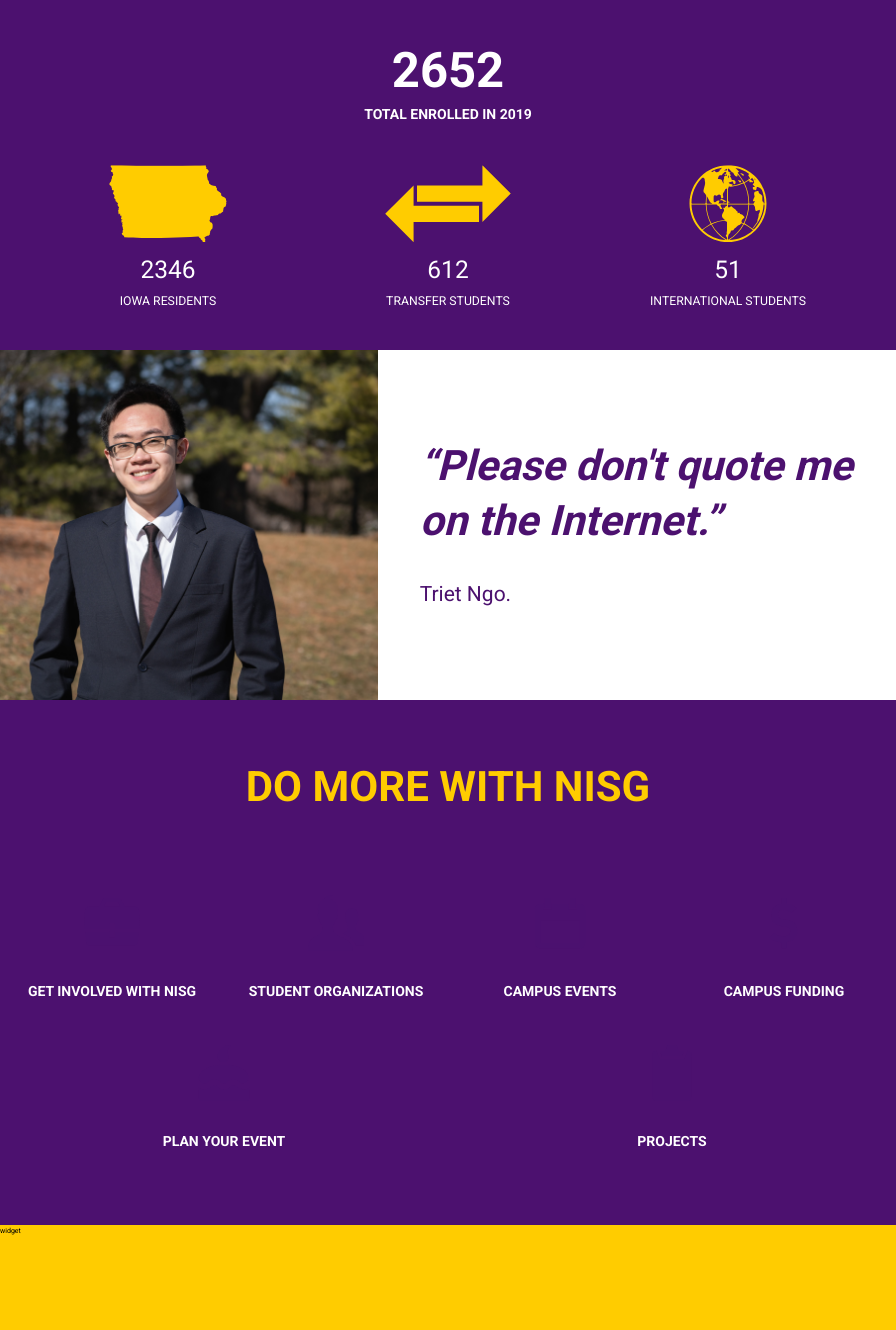
Repository: trietngo/nisg
Page: index.html
The author's editor kept a copy of each file at every save. The page is drawn from the files as they stood at one save, then again after a run of saves.
The browser window is 1280 px wide. The pictures show the part of the page from y = 720 to 2620 px (the page is 3270 px tall), at 70% of full size.
Some web fonts or font styles are not loaded; a fallback is used. The style sheet was rebuilt from its Sass, Less or Tailwind sources for each picture, by a compiler version that may differ from the author's.

Above is the page before, as saved 2020-08-29 15:19:17.

### index.html
<!DOCTYPE html>
<html lang="en">
    <head>
        <meta charset="UTF-8">
        <meta name="viewport" content="width=device-width, initial-scale=1.0">

        <link href="https://fonts.googleapis.com/css2?family=Roboto:wght@100;300;400;500;700;900&display=swap" rel="stylesheet">
        <link href="https://fonts.googleapis.com/css2?family=Sedgwick+Ave&display=swap" rel="stylesheet">
        <link href="https://fonts.googleapis.com/css2?family=Sriracha&display=swap" rel="stylesheet">

        <link rel="stylesheet" href="css/style.css">

        <title>Proposed NISG Website</title>
    </head>

    <body>

        <header class="header">
            <div class="header__upper">
                <div class="header__container--left">
                    <img class="header__logo" src="img/New NISG Logo - White-01.png" alt="NISG Logo">
                    <div class="header__title">Northern Iowa Student Government</div>
                </div>

                <div class="header__container--right">
                    <a href="https://uni.edu" class="header__external">VISIT UNI WEBSITE</a>

                    <input type="text" name="" class="header__searchbar" id="" placeholder="Search NISG">
                    <ul class="header__nav">
                        <li><a class="header__link" href="#">News</a></li>
                        <li><a class="header__link" href="#">Resources</a></li>
                        <li><a class="header__link" href="#">Services</a></li>
                        <li><a class="header__link" href="#">Applications</a></li>
                        <li><a class="header__link" href="#">Student Organizations</a></li>
                        <li><a class="header__link" href="#">About</a></li>
                        <li><a class="header__link btn header__contact" href="#">Contact Us</a></li>
                    </ul>
                </div>
            </div>

            <div class="header__lower">

                <video class="header__video" autoplay muted loop>
                    <source src="img/Website.mp4" type="video/mp4">
                </video>

                <div class="header__overlay">
                    <p class="header__overlay--title">BY UNI STUDENTS.<br>FOR UNI STUDENTS.</p>
                    <p class="header__overlay--subtitle">Serving UNI students is NISG's top priority.</p>
                    <a href="#" class="header__overlay--about btn">About NISG</a>
                </div>

            </div>

        </header>

        <main>

            <section id="enroll">
                <div class="enrollment">
                    <div class="enrollment__total">
                        <div class="enrollment__total--title counter" title="10497">
                            0
                        </div>

                        <div class="enrollment__total--subtitle">TOTAL ENROLLED IN 2019</div>

                    </div>

                    <div class="enrollment__breakdown">
                        <div class="enrollment__category">
                            <img class="enrollment__category--icon" src="img/iowa-icon.svg" alt="Iowa icon">
                            <p class="enrollment__category--title counter" title="9394">0</p>
                            <p class="enrollment__category--subtitle">IOWA RESIDENTS</p>
                        </div>
                        <div class="enrollment__category">
                            <img class="enrollment__category--icon" src="img/transfer-icon.svg" alt="Transfer icon">
                            <p class="enrollment__category--title counter" title="2568">0</p>
                            <p class="enrollment__category--subtitle">TRANSFER STUDENTS</p>
                        </div>
                        <div class="enrollment__category">
                            <img class="enrollment__category--icon" src="img/globe-icon.svg" alt="Globe icon">
                            <p class="enrollment__category--title counter" title="385">0</p>
                            <p class="enrollment__category--subtitle">INTERNATIONAL STUDENTS</p>
                        </div>
                    </div>
                </div>
            </section>

            <section id="quotes">
                <div class="testimonials">

                    <img class="testimonials__img" src="img/Triet.jpg" alt="">

                    <div class="testimonials__quote">
                        <p class="quote">&ldquo;Please don't quote me on the Internet.&rdquo;</p>

                        <p class="subquote">Triet Ngo.</p>
                    </div>

                </div>
            </section>

            <section id="services">
                <div class="selection">

                    <div class="selection__title">
                        DO MORE WITH NISG
                    </div>

                    <div class="selection__wrapper">
                        <a href="#" class="selection__link">
                            <div class="selection__items">
                                <img class="selection__icon" src="img/SVG/briefcase.svg" alt="holding-hands">
                                <p class="selection__details">GET INVOLVED WITH NISG</p>
                            </div>
                        </a>

                        <a href="#" class="selection__link">
                            <div class="selection__items">
                                <img class="selection__icon" src="img/SVG/users.svg" alt="holding-hands">
                                <p class="selection__details">STUDENT ORGANIZATIONS</p>
                            </div>
                        </a>

                        <a href="#" class="selection__link">
                            <div class="selection__items">
                                <img class="selection__icon" src="img/SVG/calendar.svg" alt="holding-hands">
                                <p class="selection__details">CAMPUS EVENTS</p>
                            </div>
                        </a>

                        <a href="#" class="selection__link">
                            <div class="selection__items">
                                <img class="selection__icon" src="img/SVG/credit.svg" alt="holding-hands">
                                <p class="selection__details">CAMPUS FUNDING</p>
                            </div>
                        </a>

                        <a href="#" class="selection__link">
                            <div class="selection__items">
                                <img class="selection__icon" src="img/SVG/cake.svg" alt="holding-hands">
                                <p class="selection__details">PLAN YOUR EVENT</p>
                            </div>
                        </a>

                        <a href="#" class="selection__link">
                            <div class="selection__items">
                                <img class="selection__icon" src="img/SVG/clipboard.svg" alt="holding-hands">
                                <p class="selection__details">PROJECTS</p>
                            </div>
                        </a>
                    </div>
                </div>
            </section>

            <section id="news">
                <div class="widget">
                    widget
                </div>
            </section>

        </main>

        <footer class="footer">
            footer
        </footer>

        <script src="script.js"></script>
    </body>
</html>

### script.js
const counters = document.querySelectorAll(".counter"); // Select all elements with "counter" class
const speed = 200;

counters.forEach(counter => {

    const updateCount = () => {
        const target = +counter.getAttribute('title'); // Total
        let count = +counter.innerText; // Current count

        const inc = Math.floor(target / speed); //increment

        if (count < target) {
            if (counter.innerText.length > 3) {
                counter.innerText = counter.innerText.substr(0, counter.innerText.length - 3) + ',' + counter.innerText.substr(counter.innerText.length - 3, 3);
            }
            counter.innerText = count + inc;
            setTimeout(updateCount, 100);
        } else {
            counter.innerText = target;
        }

    }
    updateCount();
});

### sass/main.scss
@import "abstract/variables";

@import "base/base";
@import "base/typography";

@import "components/button";

@import "layout/enrollment";
@import "layout/footer";
@import "layout/header";
@import "layout/news";
@import "layout/services";
@import "layout/testimonials";

### sass/abstract/_variables.scss
// COLORS

$color-primary: #4c116f;
$color-secondary: #ffcc00;
$color-tertiary: #ffffff;

### sass/base/_typography.scss
body {
    font-family: 'Roboto', sans-serif;
    font-weight: 400;
    line-height: 1.7;
}

.header__searchbar {
    font-family: 'Roboto', sans-serif;
    font-weight: 400;
    font-size: 1.5rem;
}

.header__overlay {

    &--title {
        font-family: 'Roboto', sans-serif;
        font-weight: 700;
        font-size: 6rem;
        line-height: 1.2;
    }

    &--subtitle {
        font-size: 1.75rem;
    }

    &--about {
        font-size: 2.5rem;
        font-weight: 700;
    }
}

### sass/components/_button.scss
.btn {
    color: $color-secondary !important;
    border: .2rem solid $color-secondary;
    border-radius: 1.5rem;
    padding: 1rem 2rem !important;
    transition: all .3s;
    text-decoration: none;

    &:hover {
        color: $color-primary !important;
        border-color: none;
        background-color: $color-secondary;
        transition: all .3s;
    }
}

### sass/layout/_enrollment.scss
.enrollment {
    background-color: $color-primary;
    height: 50rem;
    display: flex;
    flex-direction: column;
    align-items: center;
    justify-content: space-evenly;
    color: $color-tertiary;
    position: relative;

    @media screen and (max-width: 702px) {
        height: 70rem;
    }

    @media screen and (max-width: 515px) {
        height: 100rem;
    }

    &__total {
        text-align: center;
        font-weight: 700;

        &--title {
            font-size: 7rem;
            line-height: 1.3;
        }

        &--subtitle {
            font-size: 2rem;
        }

    }

    &__breakdown {
        display: flex;
        flex-wrap: wrap;
        align-items: flex-end;

        @media screen and (max-width: 515px) {
            flex-direction: column;
        }
    }

    &__category {
        flex: 1;
        display: flex;
        flex-direction: column;
        width: 40rem;

        @media screen and (max-width: 515px) {
            padding: 2rem;
        }

        &--icon {
            height: 12rem;
            padding-bottom: 1rem;
        }

        &--title {
            font-size: 3.5rem;
            text-align: center;
        }

        &--subtitle {
            font-size: 1.75rem;
            text-align: center;
            white-space: nowrap;
        }
    }
}

### sass/layout/_footer.scss
.footer {
    height: 30rem;
    background-color: $color-tertiary;
}

### sass/layout/_header.scss
.header {

    display: flex;
    flex-direction: column;
    height: 100vh;

    &__container--left {
        flex: 1;
        padding: 3rem 7rem;
    }

    &__container--right {
        flex: 3;
        display: flex;
        flex-direction: column;
        align-items: flex-end;
        justify-content: space-between;
        padding-bottom: 3rem;
    }

    &__upper {
        background-color: $color-primary;
        flex: 0 1 22.5rem;
        display: flex;
        flex-wrap: wrap;
    }

    &__logo {
        height: 15rem;
    }

    &__title {
        font-size: 2rem;
        font-weight: 700;
        color: $color-tertiary;
        white-space: nowrap;
    }

    &__link {
        text-decoration: none;
        font-size: 2rem;
        font-weight: 700;
        color: $color-tertiary;
        padding: 0 3.5rem;
        transition: all .3s;
        white-space: nowrap;

        &:hover {
            color: $color-secondary;
            transition: all .3s;
        }
    }

    &__nav {
        list-style-type: none;
        display: flex;
        padding-right: 6rem;
        align-content: center;
        flex-wrap: wrap;
    }


    &__external {
        display: inline;
        background-color: $color-secondary;
        padding: 2rem 5rem;
        clip-path: polygon(0 0, 100% 0, 100% 100%, 15% 100%);
        text-decoration: none;
        font-size: 2rem;
        font-weight: 700;
    }

    &__video {
        width: 100%;
        height: 100%;
        object-fit: cover;
        opacity: 0.5;
        overflow: hidden;
        position: absolute;
    }

    &__searchbar {
        border: none;
        padding: 1rem;
        padding-right: 2rem;
        padding-left: 6rem;
        text-align: right;
        border-radius: 2rem;
        margin-right: 6rem;

        &:focus {
            outline: none;
        }
    }

    &__contact {
        margin-left: 2.5rem;
    }

    //OVERLAY

    &__lower {
        background-color: $color-primary;
        flex: 1 0 40rem;
        position: relative;
    }

    &__overlay {
        height: 100%;
        width: 100%;
        display: flex;
        flex-direction: column;
        align-items: center;
        justify-content: center;
        color: $color-secondary;

        position: absolute;

        &--title {
            margin: 2rem;
            text-align: center;
        }

        &--about {
            display: inline-block;
            margin: 4rem;
        }
    }
}

### sass/layout/_news.scss
.widget {
    height: 50rem;
    background-color: $color-secondary;
}

### sass/layout/_services.scss
.selection {
    height: 50rem;
    background-color: $color-primary;
    display: flex;
    flex-direction: column;
    justify-content: space-evenly;
    align-items: center;

    @media screen and (max-width: 1816px) {
        height: 75rem;
    }

    @media screen and (max-width: 916px) {
        height: 100rem;
    }

    @media screen and (max-width: 616px) {
        height: 175rem;
    }

    &__title {
        color: $color-secondary;
        font-size: 6rem;
        font-weight: 700;
        text-align: center;
    }

    &__wrapper {
        display: flex;
        justify-items: flex-start;
        flex-wrap: wrap;
    }

    &__items {
        display: flex;
        flex-direction: column;
        width: 30rem;
        flex: 1;
        margin: 3rem 0;

    }

    &__icon {
        height: 8rem;
        margin-bottom: 4rem;
    }

    &__link {
        text-decoration: none;
        color: $color-tertiary;
        font-size: 2rem;
        font-weight: 700;
        display: flex;
        flex: 1;
        transition: all .3s;

        &:hover {
            transform: scale(1.2);
            transition: all .3s;
        }

        &:active {
            transform: scale(1.1);
        }
    }

    &__details {
        text-align: center;
    }
}

### sass/layout/_testimonials.scss
.testimonials {
    height: 50rem;
    background-color: $color-tertiary;
    display: flex;
    flex-wrap: wrap;

    @media screen and (max-width: 702px) {
        flex-direction: column;
        height: 80rem;
    }

    &__img {
        flex: 1;
        height: 100%;
        object-fit: cover;
        overflow: hidden;

        @media screen and (max-width: 702px) {
            width: 100%;
            flex: 2;
        }
    }

    &__quote {
        flex: 1.15;
        padding: 6rem;
        color: $color-primary;
        display: flex;
        flex-direction: column;
        justify-content: center;

        @media screen and (max-width: 702px) {
            flex: 1;
        }
    }

}

.quote {
    font-size: 6rem;
    font-weight: 700;
    font-style: italic;
    line-height: 1.3;
    margin: 2rem 0;
}

.subquote {
    font-size: 3rem;
    margin: 2rem 0;
}

Loaded but not shown: sass/base/_base.scss (common file)

After the next 3 saves:
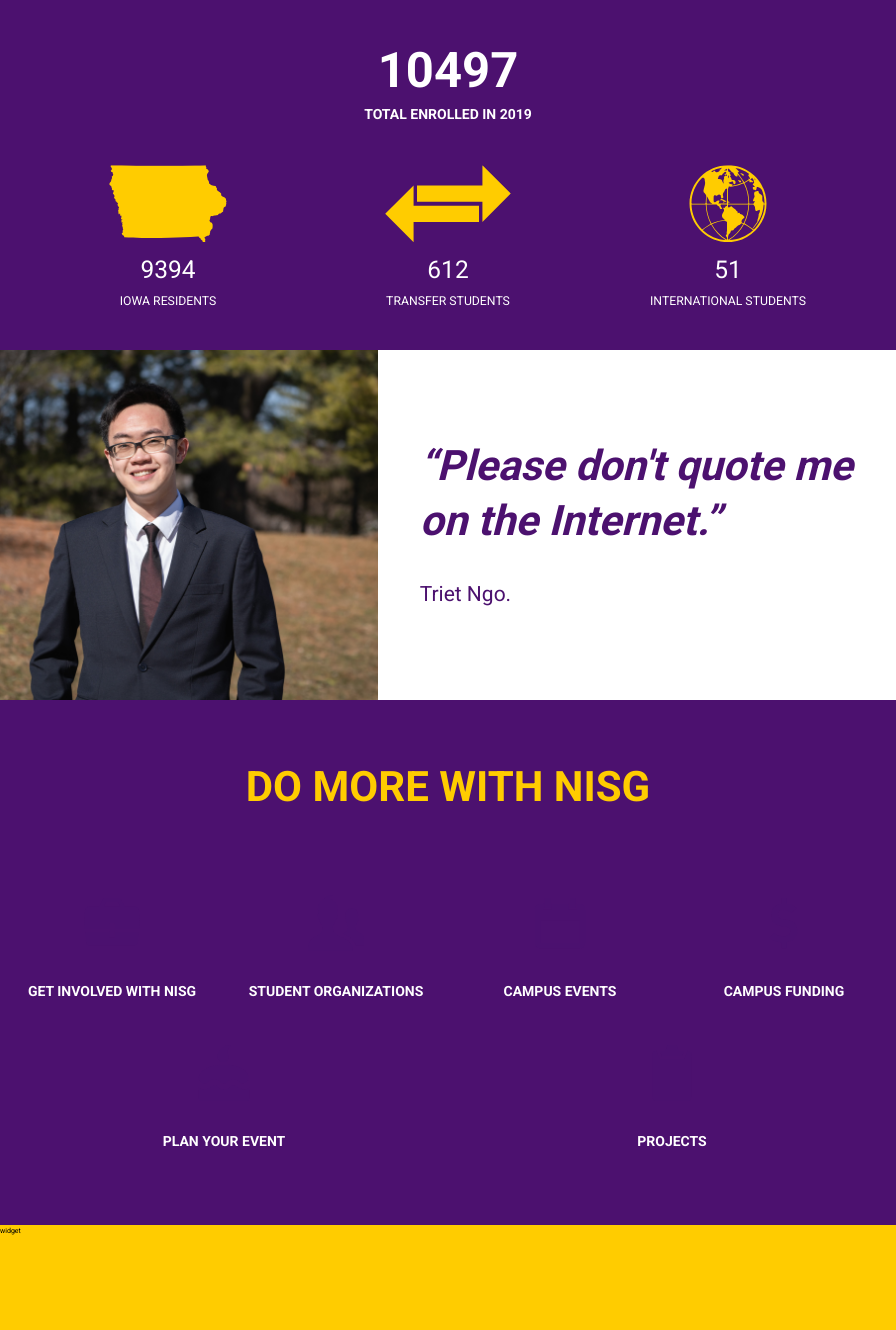
The 3 saves are shown as one change because they came seconds apart.
The last was saved 13 s later.
--- a/script.js
+++ b/script.js
@@ -10,10 +10,10 @@
         const inc = Math.floor(target / speed); //increment
 
         if (count < target) {
+            counter.innerText = count + inc;
             if (counter.innerText.length > 3) {
                 counter.innerText = counter.innerText.substr(0, counter.innerText.length - 3) + ',' + counter.innerText.substr(counter.innerText.length - 3, 3);
             }
-            counter.innerText = count + inc;
             setTimeout(updateCount, 100);
         } else {
             counter.innerText = target;

After the 2 saves that followed:
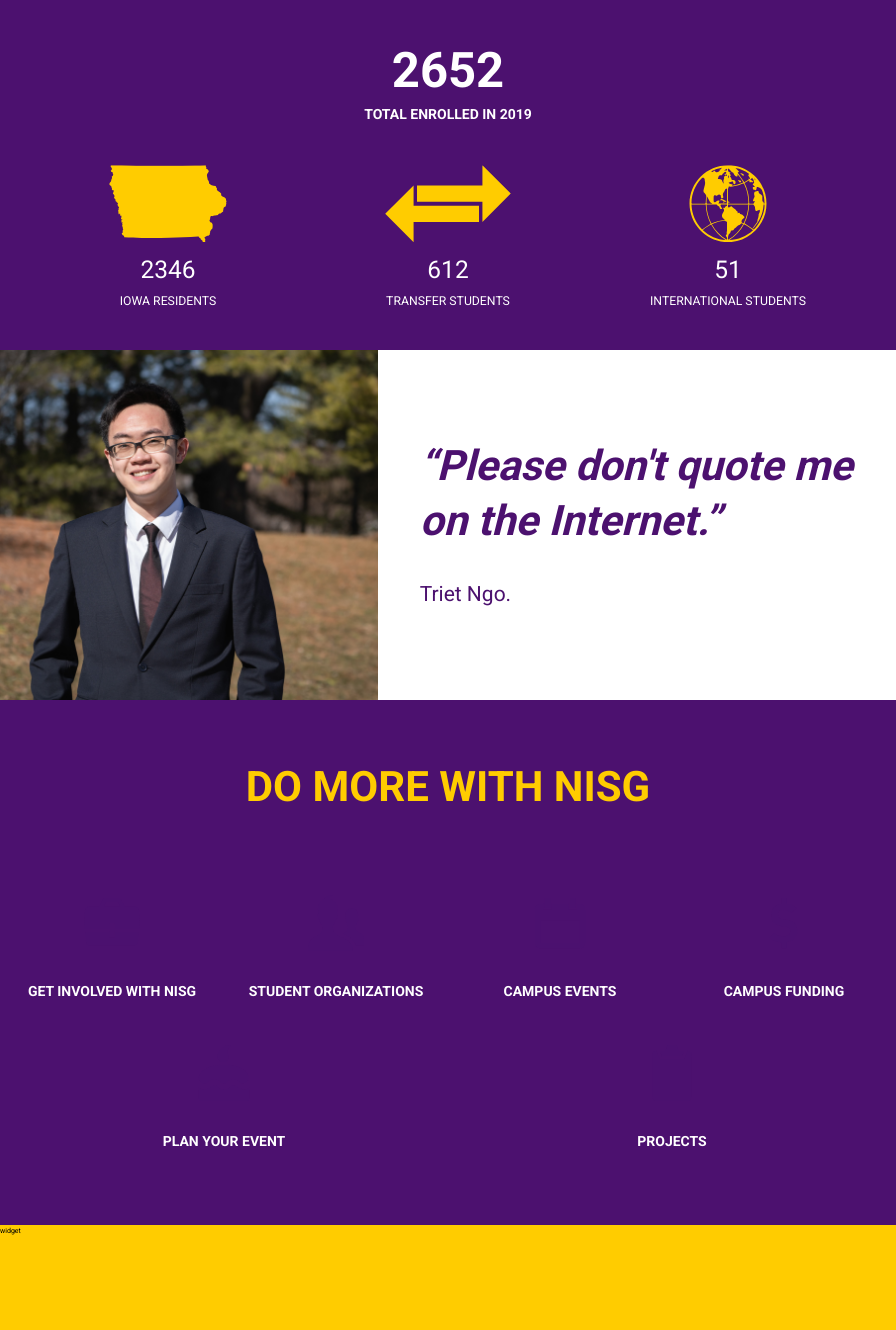
The 2 saves are shown as one change because they came seconds apart.
The last was saved 8 s later.
--- a/script.js
+++ b/script.js
@@ -11,9 +11,6 @@
 
         if (count < target) {
             counter.innerText = count + inc;
-            if (counter.innerText.length > 3) {
-                counter.innerText = counter.innerText.substr(0, counter.innerText.length - 3) + ',' + counter.innerText.substr(counter.innerText.length - 3, 3);
-            }
             setTimeout(updateCount, 100);
         } else {
             counter.innerText = target;
